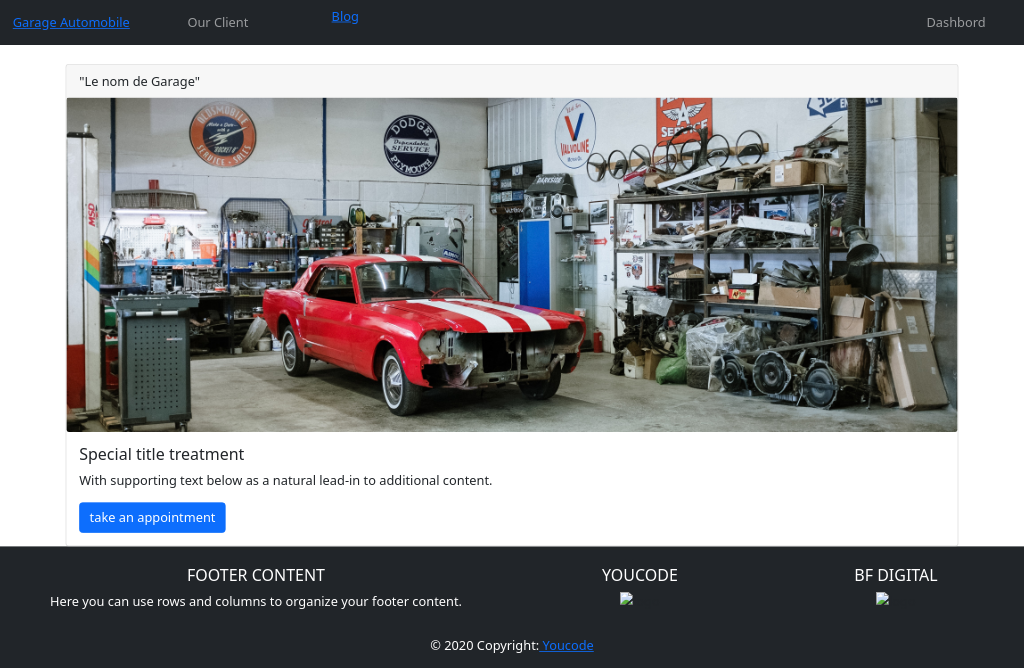
Repository: abdelhak-f/Fil-Rouge
Page: /blog (app in client/)
The author's editor kept a copy of each file at every save. The page is drawn from the files as they stood at one save, then again after the next save.
The browser window is 1280 px wide. The pictures show the whole page, at 80% of full size.
The project was rebuilt for these pictures with package versions that can differ from the ones it lists, and the page was loaded fresh each time. Also part of the build but not shown: client/src/components/Text.jsx, client/src/components/forms/FirstFrontForm.jsx, client/src/components/Body.jsx.

Above is the page before, as saved 2021-09-07 16:52:49.

### client/public/index.html
<!DOCTYPE html>
<html lang="en">
  <head>
    <meta charset="utf-8" />
    <link rel="icon" href="%PUBLIC_URL%/favicon.ico" />
    <meta name="viewport" content="width=device-width, initial-scale=1" />
    <meta name="theme-color" content="#000000" />
    <meta
      name="description"
      content="Web site created using create-react-app"
    />
    <!--   import bootstrao  -->
    <link
  rel="stylesheet"
  href="https://cdn.jsdelivr.net/npm/bootstrap@5.1.0/dist/css/bootstrap.min.css"
  integrity="sha384-KyZXEAg3QhqLMpG8r+8fhAXLRk2vvoC2f3B09zVXn8CA5QIVfZOJ3BCsw2P0p/We"
  crossorigin="anonymous"
  />

    <link rel="apple-touch-icon" href="%PUBLIC_URL%/logo192.png" />
    <!--
      manifest.json provides metadata used when your web app is installed on a
      user's mobile device or desktop. See https://developers.google.com/web/fundamentals/web-app-manifest/
    -->
    <link rel="manifest" href="%PUBLIC_URL%/manifest.json" />
    <!--
      Notice the use of %PUBLIC_URL% in the tags above.
      It will be replaced with the URL of the `public` folder during the build.
      Only files inside the `public` folder can be referenced from the HTML.

      Unlike "/favicon.ico" or "favicon.ico", "%PUBLIC_URL%/favicon.ico" will
      work correctly both with client-side routing and a non-root public URL.
      Learn how to configure a non-root public URL by running `npm run build`.
    -->
    <title>React App</title>
  </head>
  <body>
    <noscript>You need to enable JavaScript to run this app.</noscript>
    <div id="root"></div>
    <!--
      This HTML file is a template.
      If you open it directly in the browser, you will see an empty page.

      You can add webfonts, meta tags, or analytics to this file.
      The build step will place the bundled scripts into the <body> tag.

      To begin the development, run `npm start` or `yarn start`.
      To create a production bundle, use `npm run build` or `yarn build`.
    -->
  </body>
</html>

### client/src/index.js
import React from 'react';
import ReactDOM from 'react-dom';
import './index.css';
import App from './App';
import reportWebVitals from './reportWebVitals';

// import bootstrap
import 'bootstrap/dist/css/bootstrap.min.css';

ReactDOM.render(
  <React.StrictMode>
    <App />
  </React.StrictMode>,
  document.getElementById('root')
);

// If you want to start measuring performance in your app, pass a function
// to log results (for example: reportWebVitals(console.log))
// or send to an analytics endpoint. Learn more: https://bit.ly/CRA-vitals
reportWebVitals();

### client/src/App.js
// import './App.css';
import React from 'react';

import Navbar from './components/Nnavbar';
import Body from './components/Body';
import Footer from './components/Footer';
import Blog from './components/Blog';

import { BrowserRouter as Router, Switch, Route } from 'react-router-dom';






function App() {
  return (


    <>
<Router>

     <Navbar />




    <Switch>
    <Route  path="/" exact component={Body} />
       <Route  path="/Blog" component={Blog} />
    </Switch>

    <Footer/>
</Router>
    </>

  );
}

export default App;

### client/src/components/Nnavbar.jsx
import React from 'react';
import { NavLink } from 'react-router-dom';

import * as ReactBootstrap from 'react-bootstrap';









function Navbar() {
    return(
      <>

            <ReactBootstrap.Navbar className="mb-5" collapseOnSelect expand="lg" bg="dark" variant="dark" fixed="top">

 <NavLink className="mx-3" to="/">Garage Automobile</NavLink>
 <ReactBootstrap.Navbar.Toggle aria-controls="responsive-navbar-nav" />
 <ReactBootstrap.Navbar.Collapse id="responsive-navbar-nav">
   <ReactBootstrap.Nav className="me-auto">
     <ReactBootstrap.Nav.Link className="mx-5" href="#features">Our Client</ReactBootstrap.Nav.Link>
     <NavLink  className="px-5" to="/blog">Blog</NavLink>
     {/* <ReactBootstrap.NavDropdown title="Dropdown" id="collasible-nav-dropdown">
       <ReactBootstrap.NavDropdown.Item href="#action/3.1">Action</ReactBootstrap.NavDropdown.Item>
       <ReactBootstrap.NavDropdown.Item href="#action/3.2">Another action</ReactBootstrap.NavDropdown.Item>
       <ReactBootstrap.NavDropdown.Item href="#action/3.3">Something</ReactBootstrap.NavDropdown.Item>
       <ReactBootstrap.NavDropdown.Divider />
       <ReactBootstrap.NavDropdown.Item href="#action/3.4">Separated link</ReactBootstrap.NavDropdown.Item>
     </ReactBootstrap.NavDropdown> */}
   </ReactBootstrap.Nav>
   <ReactBootstrap.Nav>
     <ReactBootstrap.Nav.Link href="#deets" className="px-5" > Dashbord</ReactBootstrap.Nav.Link>
     {/* <ReactBootstrap.Nav.Link eventKey={2} href="#memes">
       Admin
     </ReactBootstrap.Nav.Link> */}
   </ReactBootstrap.Nav>
 </ReactBootstrap.Navbar.Collapse>

</ReactBootstrap.Navbar>





</>

    )
}

export default Navbar ;

### client/src/components/Footer.jsx
import React from "react";


function Footer () {
    return(
<footer  className="pt-4 page-footer font-small blue bg-dark ">
    <div className="text-center container-fluid text-md-left ">
        <div className="row">
            <div className="mt-3 text-white col-md-6 mt-md-0">
                <h5 className=" text-uppercase">Footer Content</h5>
                <p >Here you can use rows and columns to organize your footer content.</p>
            </div>

            <hr className="clearfix pb-0 w-100 d-md-none"/>

            <div className="mb-3 col-md-3 mb-md-0">
                <h5 className="text-white text-uppercase">Youcode</h5>
                <img src="" alt="logo" width={300} /></div>

            <div className="mb-3 col-md-3 mb-md-0">
                <h5 className="text-white text-uppercase " >BF Digital</h5>
                <img src="" alt="logo" width={300} />
            </div>
        </div>
    </div>

    <div className="py-3 text-center text-white footer-copyright " >© 2020 Copyright:
        <a href="https://www.youcode.ma/"> Youcode</a>
    </div>

</footer>
)

}

export default Footer

### client/src/components/Blog.jsx
import React from 'react'
import './css/style.css';
import {Container,Card, Button} from 'react-bootstrap';
import image from '../images/image.jpg';

function Blog() {
  return (

     <Container  className="Blog" >
         {/* first blog */}
         <Card >
           <Card.Header  >"Le nom de Garage"  </Card.Header>
            <Card.Img  src={image} />
            <Card.Body>
            <Card.Title>Special title treatment</Card.Title>
            <Card.Text>
                 With supporting text below as a natural lead-in to additional content.
            </Card.Text>
            <Button variant="primary">take an appointment</Button>
           </Card.Body>
        </Card>

        {/* second blog */}

     </Container>


  )

}

export default Blog

### client/src/components/css/style.css

.Blog {
    margin-top: 5rem;
  }

Loaded but not shown: client/src/index.css (common file); client/src/reportWebVitals.js (common file)

After the next save:
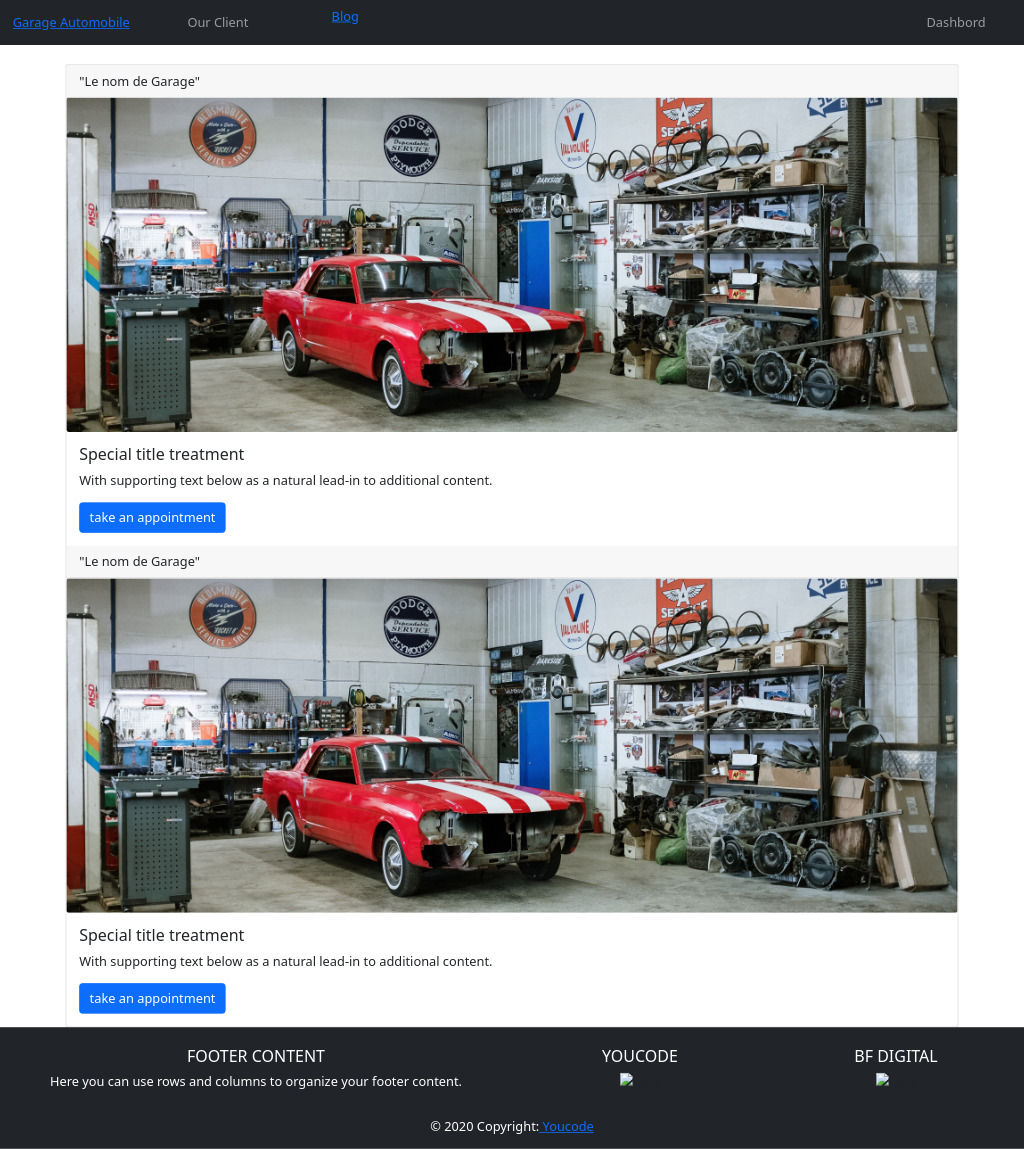
Saved 35 s later.
--- a/client/src/components/Blog.jsx
+++ b/client/src/components/Blog.jsx
@@ -9,6 +9,17 @@ function Blog() {
      <Container  className="Blog" >
          {/* first blog */}
          <Card >
+           <Card.Header  >"Le nom de Garage"  </Card.Header>
+            <Card.Img  src={image} />
+            <Card.Body>
+            <Card.Title>Special title treatment</Card.Title>
+            <Card.Text>
+                 With supporting text below as a natural lead-in to additional content.
+            </Card.Text>
+            <Button variant="primary">take an appointment</Button>
+           </Card.Body>
+
+
            <Card.Header  >"Le nom de Garage"  </Card.Header>
             <Card.Img  src={image} />
             <Card.Body>
